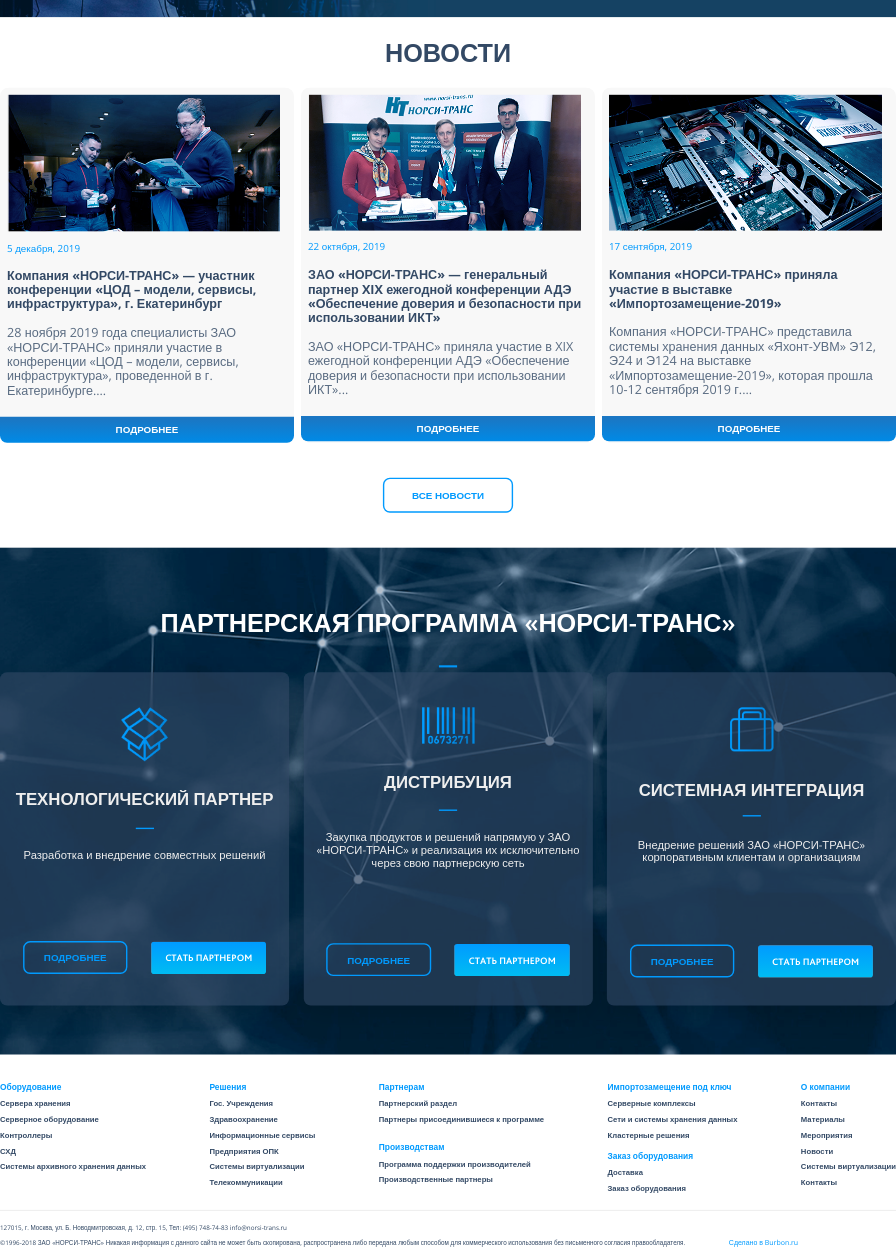
Repository: frostnn/testTaskBurbon
Page: app/index.html
These files come from the project's save history. The page is drawn as it stood at one moment and after the next save; the edit follows.
The browser window is 1280 px wide. The pictures show the part of the page from y = 1559 to 3479 px (the page is 3348 px tall before and 3479 px after), at 70% of full size.
The style sheet was rebuilt from its Sass, Less or Tailwind sources for each picture, by a compiler version that may differ from the author's.

Above is the page before, as saved 2020-07-17 09:04:57.

### app/index.html
<!DOCTYPE html>
<html lang="en">
<head>
  <meta charset="UTF-8">
  <meta name="viewport" content="width=device-width, initial-scale=1.0">
  <meta http-equiv="X-UA-Compatible" content="ie=edge">
  <link rel="stylesheet" href="css/style.min.css">
  <title>Test task</title>
</head>
<body>
  <div class="bg-test">
    <header class="header">
      <div class="mobile-menu">
        <span class="mobile-menu__line"></span>
      </div>
        <div class="header-logo">
          <img src="./img/NT_logo_color.png" alt="Логотип" class="header-logo__img">
        </div>
        <nav class="header-nav">
          <ul class="header-nav__list">
            <li class="header-nav__list-item">
              <a href="#" class="header-nav__list-link">оборудование</a>
            </li>
            <li class="header-nav__list-item">
              <a href="#" class="header-nav__list-link">решения</a>
            </li>
            <li class="header-nav__list-item">
              <a href="#" class="header-nav__list-link">партнерам</a>
            </li>
            <li class="header-nav__list-item">
              <a href="#" class="header-nav__list-link">производствам</a>
            </li>
            <li class="header-nav__list-item">
              <a href="#" class="header-nav__list-link">импортозамещение под ключ</a>
            </li>
            <li class="header-nav__list-item">
              <a href="#" class="header-nav__list-link">заказ оборудования</a>
            </li>
            <li class="header-nav__list-item">
              <a href="#" class="header-nav__list-link">о компании</a>
            </li>
          </ul>
        </nav>
        <div class="header-search">
          <img src="./img/search.png" alt="Поиск" class="header-search__img">
        </div>
    </header>
    <section class="slider">
      <div class="slider-block">
        <div class="slider-block__content">
          <h1 class="slider-block__content-title">Яхонт-увм э24</h1>
          <p class="slider-block__content-text">
            программно-аппаратный комплекс высокопроизводительной загрузки <br>
            и накопления массивов CDR/IPDR данных, выполнения задач<br>
            по их обработке
          </p>
          <a href="#" class="slider-block__content-link btn">Подробнее</a>
        </div>
        <div class="slider-block__content">
          <h1 class="slider-block__content-title">Яхонт-увм э24</h1>
          <p class="slider-block__content-text">
            программно-аппаратный комплекс высокопроизводительной загрузки <br>
            и накопления массивов CDR/IPDR данных, выполнения задач<br>
            по их обработке
          </p>
        <!--  <img src="./img/VPS.png" alt="" class="slider-block__content-img"> -->
          <a href="#" class="slider-block__content-link btn">Подробнее</a>
        </div>
        <div class="slider-block__content">
          <h1 class="slider-block__content-title">Яхонт-увм э24</h1>
          <p class="slider-block__content-text">
            программно-аппаратный комплекс высокопроизводительной загрузки <br>
            и накопления массивов CDR/IPDR данных, выполнения задач<br>
            по их обработке
          </p>
          <a href="#" class="slider-block__content-link btn">Подробнее</a>
        </div>
      </div>
    </section>
  </div>
  <section class="industries">
    <h2 class="industries-title">Наши отрасли</h2>
    <div class="industries-block">
      <div class="industries-block__content">
        <img src="./img/healths.png" alt="healths" class="industries-block__content-img">
        <h3 class="industries-block__content-title">Здравоохранение</h3>
        <p class="industries-block__content-text">
          Системы хранения данных. Интеграция
          в действующую ИКТ-структуру. Программно-аппаратный комплекс «Яхонт-ЭМК»,
          предназначенный для хранения и ведения медицинских интегрированных архивов
        </p>
        <a href="" class="industries-block__content-link">Подробнее</a>
      </div>
      <div class="industries-block__content">
        <img src="./img/gov.png" alt="government" class="industries-block__content-img">
        <h3 class="industries-block__content-title">Государственный сектор </h3>
        <p class="industries-block__content-text">
          Системы хранения данных. Интеграция в действующую ИКТ-структуру.
          Импортонезависимый программно-аппаратный комплекс систем электронного документооборота
          и аналитической отчетности
        </p>
        <a href="" class="industries-block__content-link">Подробнее</a>
      </div>
      <div class="industries-block__content">
        <img src="./img/telecom.png" alt="telecom" class="industries-block__content-img">
        <h3 class="industries-block__content-title">Телекоммуникации</h3>
        <p class="industries-block__content-text">
          Системы хранения данных. Интеграция в действующую ИКТ-структуру.
          Программно-аппаратный комплекс «Яхонт-ЭМК»,
          предназначенный для хранения и ведения медицинских интегрированных архивов
        </p>
        <a href="" class="industries-block__content-link">Подробнее</a>
      </div>
      <div class="industries-block__content">
        <img src="./img/opk.png" alt="opk" class="industries-block__content-img">
        <h3 class="industries-block__content-title">Предприятия ОПК</h3>
        <p class="industries-block__content-text">
          Системы хранения данных. Интеграция в действующую ИКТ-структуру.
          Импортонезависимый программно-аппаратный комплекс систем электронного документооборота
          и аналитической отчетности
        </p>
        <a href="#" class="industries-block__content-link">Подробнее</a>
      </div>
    </div>
  </section>
  <main class="production">
    <div class="production-wrapper">
      <div class="production-block">
        <h2 class="production-block__title">Производственный комплекс</h2>
        <p class="production-block__text">
          Компания «НОРСИ-ТРАНС» осуществляет свою деятельность в соответствии с Уставом <br>
          и имеет все необходимые лицензии для разработки, производства и реализации технических средств.<br>
          Система менеджмента качества применительно к полному комплексу<br>
          строительно-монтажных услуг на объектах связи и оказанию <br>
          телекоммуникационных услуг компании «НОРСИ-ТРАНС» соответствует <br>
          требованиям ГОСТ Р ИСО 9001-2015 (ИСО 9000:2015) и является максимально клиентоориентированной
        </p>
        <a href="#" class="production-block__link btn">подробнее</a>
      </div>
    </div>
  </main>
  <section class="news">
    <h2 class="news-title">Новости</h2>
      <div class="news-block">
        <div class="news-block__content">
          <img src="./img/news_1.png" alt="news_img" class="news-block__content-img">
          <span class="news-block__content-date">5 декабря, 2019</span>
          <h4 class="news-block__content-title">
            Компания «НОРСИ-ТРАНС» — участник конференции «ЦОД – модели,
            сервисы, инфраструктура», г. Екатеринбург
          </h4>
          <p class="news-block__content-text">
            28 ноября 2019 года специалисты ЗАО «НОРСИ-ТРАНС»
            приняли участие в конференции «ЦОД – модели, сервисы,
            инфраструктура», проведенной в г. Екатеринбурге.…
          </p>
          <a href="#" class="news-block__content-link">Подробнее</a>
        </div>
          <div class="news-block__content">
            <img src="./img/news_2.png" alt="news_img" class="news-block__content-img">
            <span class="news-block__content-date">22 октября, 2019</span>
            <h4 class="news-block__content-title">
              ЗАО «НОРСИ-ТРАНС» — генеральный партнер XIX
              ежегодной конференции АДЭ «Обеспечение доверия
              и безопасности при использовании ИКТ»
            </h4>
            <p class="news-block__content-text">
              ЗАО «НОРСИ-ТРАНС» приняла участие в XIX ежегодной конференции
              АДЭ «Обеспечение доверия и безопасности при использовании ИКТ»...
            </p>
            <a href="#" class="news-block__content-link">Подробнее</a>
          </div>
          <div class="news-block__content">
            <img src="./img/news_3.png" alt="news_img" class="news-block__content-img">
            <span class="news-block__content-date">17 сентября, 2019</span>
            <h4 class="news-block__content-title">
              Компания «НОРСИ-ТРАНС» приняла участие
              в выставке «Импортозамещение-2019»
            </h4>
            <p class="news-block__content-text">
              Компания «НОРСИ-ТРАНС» представила системы хранения данных
              «Яхонт-УВМ» Э12, Э24 и Э124 на выставке «Импортозамещение-2019»,
              которая прошла 10-12 сентября 2019 г.…
            </p>
            <a href="#" class="news-block__content-link">Подробнее</a>
          </div>
      </div>
      <div class="btn-wrapper">
        <button class="news-btn">Все новости</button>
      </div>
  </section>
  <section class="program">
    <div class="program-wrapper">
      <h2 class="program-title">Партнерская программа «НОРСИ-ТРАНС» </h2>
      <div class="program-block__wrapper">
        <div class="program-block">
          <img src="./img/box.png" alt="box" class="program-block__img">
          <h5 class="program-block__title">Технологический партнер</h5>
          <p class="program-block__text">Разработка и внедрение совместных решений </p>
          <div class="program-block__btn">
            <a href="#" class="program-block__btn-link">подробнее</a>
            <button class="program-block__btn-btn btn">стать партнером</button>
          </div>
        </div>
        <div class="program-block">
          <img src="./img/code.png" alt="box" class="program-block__img">
          <h5 class="program-block__title">Дистрибуция</h5>
          <p class="program-block__text">
            Закупка продуктов и решений напрямую у ЗАО «НОРСИ-ТРАНС»
            и реализация их исключительно через свою партнерскую сеть
          </p>
          <div class="program-block__btn">
            <a href="#" class="program-block__btn-link">подробнее</a>
            <button class="program-block__btn-btn btn">стать партнером</button>
          </div>
        </div>
        <div class="program-block">
          <img src="./img/case.png" alt="box" class="program-block__img">
          <h5 class="program-block__title">Системная интеграция</h5>
          <p class="program-block__text">
            Внедрение решений ЗАО «НОРСИ-ТРАНС»
            корпоративным клиентам и организациям
          </p>
          <div class="program-block__btn">
            <a href="#" class="program-block__btn-link">подробнее</a>
            <button class="program-block__btn-btn btn">стать партнером</button>
          </div>
        </div>
      </div>
    </div>
  </section>
  <footer class="footer">
    <div class="footer-nav">
      <div class="equipment-block">
        <ul class="equipment-block__list">
          <li class="equipment-block__list-titlee">Оборудование</li>
          <li class="equipment-block__list-item"> <a href="#" class="equipment-block__item-link"> Сервера хранения</a></li>
          <li class="equipment-block__list-item"> <a href="#" class="equipment-block__item-link">Серверное оборудование</a></li>
          <li class="equipment-block__list-item"> <a href="#" class="equipment-block__item-link"> Контроллеры</a></li>
          <li class="equipment-block__list-item"> <a href="#" class="equipment-block__item-link">СХД</a></li>
          <li class="equipment-block__list-item"> <a href="#" class="equipment-block__item-link">Системы архивного хранения данных</a></li>
        </ul>
      </div>
      <div class="decisions-block">
        <ul class="decisions-block__list">
          <li class="decisions-block__list-title">Решения</li>
          <li class="decisions-block__list-item"> <a href="#" class="decisions-block__item-link"> Гос. Учреждения</a></li>
          <li class="decisions-block__list-item"> <a href="#" class="decisions-block__item-link">Здравоохранение</a></li>
          <li class="decisions-block__list-item"> <a href="#" class="decisions-block__item-link">Информационные сервисы</a></li>
          <li class="decisions-block__list-item"> <a href="#" class="decisions-block__item-link">Предприятия ОПК</a></li>
          <li class="decisions-block__list-item"> <a href="#" class="decisions-block__item-link">Системы виртуализации</a></li>
          <li class="decisions-block__list-item"> <a href="#" class="decisions-block__item-link">Телекоммуникации</a></li>
        </ul>
      </div>
      <div class="partners-block">
        <ul class="partners-block__list">
          <li class="partners-block__list-title">Партнерам</li>
          <li class="partners-block__list-item"> <a href="#" class="partners-block__item-link">Партнерский раздел</a></li>
          <li class="partners-block__list-item"> <a href="#" class="partners-block__item-link">Партнеры присоединившиеся к программе</a></li>
        </ul>
        <ul class="productions-block__list">
          <li class="productions-block__list-title">Производствам</li>
          <li class="productions-block__list-item"> <a href="#" class="productions-block__item-link">Программа поддержки производителей</a></li>
          <li class="productions-block__list-item"> <a href="#" class="productions-block__item-link">Производственные партнеры</a></li>
        </ul>
      </div>
      <div class="import-block">
        <ul class="import-block__list">
          <li class="import-block__list-title">Импортозамещение под ключ</li>
          <li class="import-block__list-item"> <a href="#" class="import-block__item-link"> Серверные комплексы</a></li>
          <li class="import-block__list-item"> <a href="#" class="import-block__item-link">Сети и системы хранения данных</a></li>
          <li class="import-block__list-item"> <a href="#" class="import-block__item-link">Кластерные решения</a></li>
        </ul>
        <ul class="equipment-block__list">
          <li class="equipment-block__list-title">Заказ оборудования</li>
          <li class="equipment-block__list-item"> <a href="#" class="equipment-block__item-link">Доставка</a></li>
          <li class="equipment-block__list-item"> <a href="#" class="equipment-block__item-link">Заказ оборудования</a></li>
        </ul>
      </div>
      <div class="nav-block">
        <ul class="nav-block__list">
          <li class="nav-block__list-title" >О компании</li>
          <li class="nav-block__list-item" > <a href="#" class="nav-block__item-link">Контакты</a></li>
          <li class="nav-block__list-item" > <a href="#" class="nav-block__item-link">Материалы</a></li>
          <li class="nav-block__list-item" > <a href="#" class="nav-block__item-link">Мероприятия</a></li>
          <li class="nav-block__list-item" > <a href="#" class="nav-block__item-link">Новости</a></li>
          <li class="nav-block__list-item" > <a href="#" class="nav-block__item-link">Системы виртуализации</a></li>
          <li class="nav-block__list-item" > <a href="#" class="nav-block__item-link">Контакты</a></li>
        </ul>
      </div>
    </div>
    <div class="subfooter">
      <p class="subfooter-contacts">
        127015, г. Москва, ул. Б. Новодмитровская,
        д. 12, стр. 15, Тел: <a href="tel:(495) 748-74-83" class="subfooter-contacts__link">(495) 748-74-83</a> <a href="mailto:info@norsi-trans.ru" class="subfooter-contacts__link">info@norsi-trans.ru</a>
      </p>
      <p class="subfooter-info">
        ©1996-2018 ЗАО «НОРСИ-ТРАНС» Никакая информация с данного сайта не может быть скопирована,
        распространена либо передана любым способом для коммерческого использования без письменного согласия правообладателя.
        <a href="https://burbon.ru/" class="subfooter-link">Сделано в Burbon.ru</a>
      </p>

    </div>
  </footer>
  <script src="https://ajax.googleapis.com/ajax/libs/jquery/3.4.1/jquery.min.js"></script>
  <script src="js/libs.min.js"></script>
  <script src="js/main.js"></script>
</body>
</html>

### app/scss/_vars.scss
$white: #fff;
$blue: #019afe;

### app/scss/_fonts.scss
@import url('https://fonts.googleapis.com/css2?family=Open+Sans:wght@300;400;600;700;800&display=swap');
@font-face {
  font-family: 'Bliss Pro Bold';
  src: url('../fonts/BlissPro-Bold.eot');
  src: url('../fonts/BlissPro-Bold.eot?#iefix') format('embedded-opentype'),
  url('../fonts/BlissPro-Bold.woff') format('woff'),
  url('../fonts/BlissPro-Bold.ttf') format('truetype');
  font-weight: normal;
  font-style: normal;
  }

### app/scss/_global.scss
html {
  box-sizing: border-box;
}
body {
  font-family: 'Open Sans', sans-serif;
}
*,
*::before,
*::after {

  box-sizing: inherit;
}
a {
  display: inline;
  text-decoration: none;
  color: #fff;
}
ul,
li {
  list-style: none;
  margin: 0;
  padding: 0;
}

Loaded but not shown: app/js/libs.min.js (library); app/js/main.js (5 lines, source omitted); app/scss/_media.scss (762 lines, source omitted); app/scss/style.scss (515 lines, source omitted); app/scss/_libs.scss (469 lines, source omitted)

After the next save:
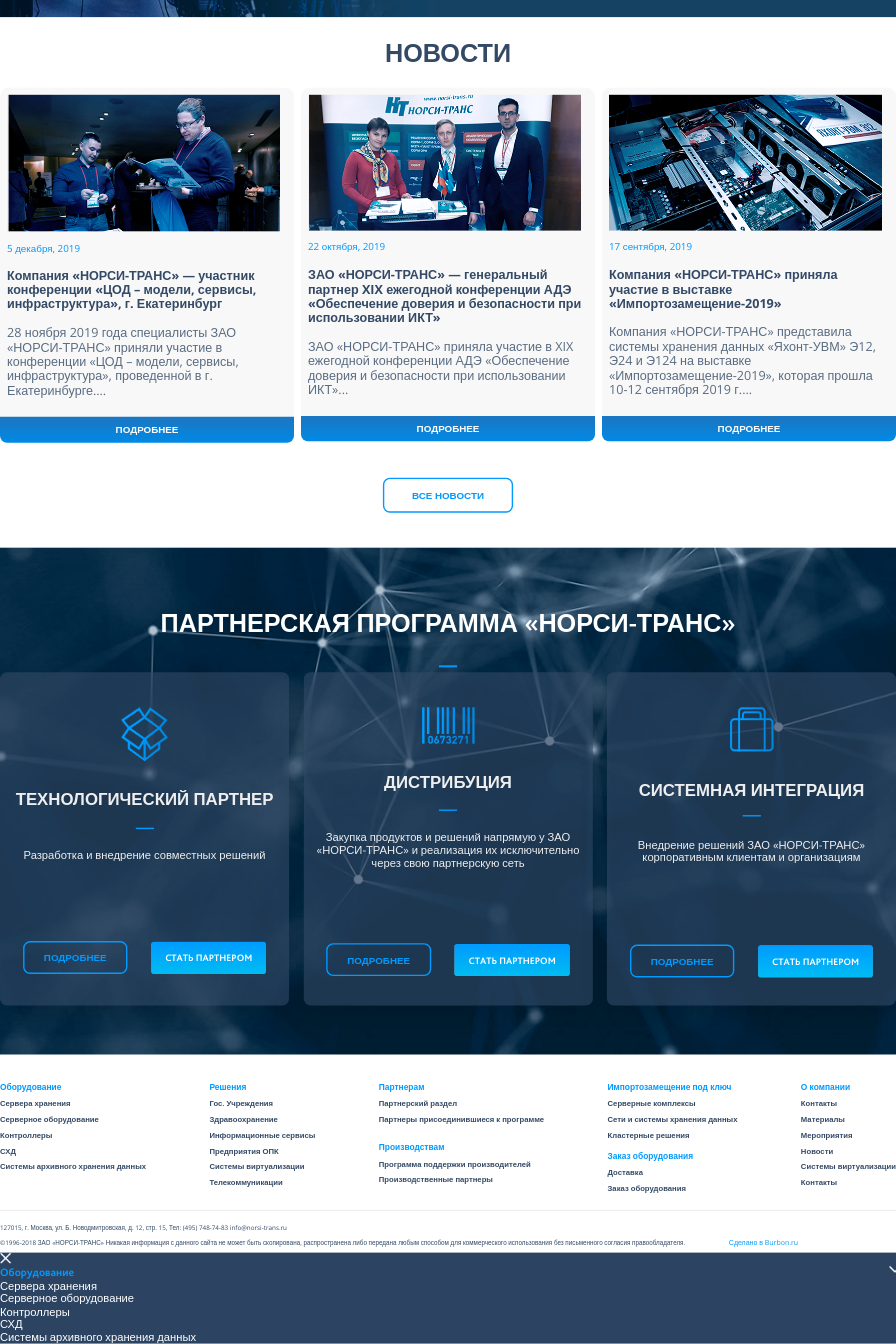
Saved 1 s later.
--- a/app/index.html
+++ b/app/index.html
@@ -11,8 +11,12 @@
   <div class="bg-test">
     <header class="header">
       <div class="mobile-menu">
-        <span class="mobile-menu__line"></span>
-      </div>
+        <span class="mobile-menu__burger"></span>
+      </div>
+
+
+
+
         <div class="header-logo">
           <img src="./img/NT_logo_color.png" alt="Логотип" class="header-logo__img">
         </div>
@@ -299,9 +303,19 @@
         распространена либо передана любым способом для коммерческого использования без письменного согласия правообладателя.
         <a href="https://burbon.ru/" class="subfooter-link">Сделано в Burbon.ru</a>
       </p>
-
     </div>
   </footer>
+  <div class="mobile-nav">
+    <span class="mobile-nav__close"></span>
+    <ul class="mobile-nav_list">
+      <li class="mobile-nav_list-title">Оборудование</li>
+      <li class="mobile-nav_list-text"><a href="#" class="mobile-nav_item-link">Сервера хранения</a></li>
+      <li class="mobile-nav_list-text"><a href="#" class="mobile-nav_item-link">Серверное оборудование</a></li>
+      <li class="mobile-nav_list-text"><a href="#" class="mobile-nav_item-link">Контроллеры</a></li>
+      <li class="mobile-nav_list-text"><a href="#" class="mobile-nav_item-link">СХД</a></li>
+      <li class="mobile-nav_list-text"><a href="#" class="mobile-nav_item-link">Системы архивного хранения данных</a></li>
+    </ul>
+  </div>
   <script src="https://ajax.googleapis.com/ajax/libs/jquery/3.4.1/jquery.min.js"></script>
   <script src="js/libs.min.js"></script>
   <script src="js/main.js"></script>
